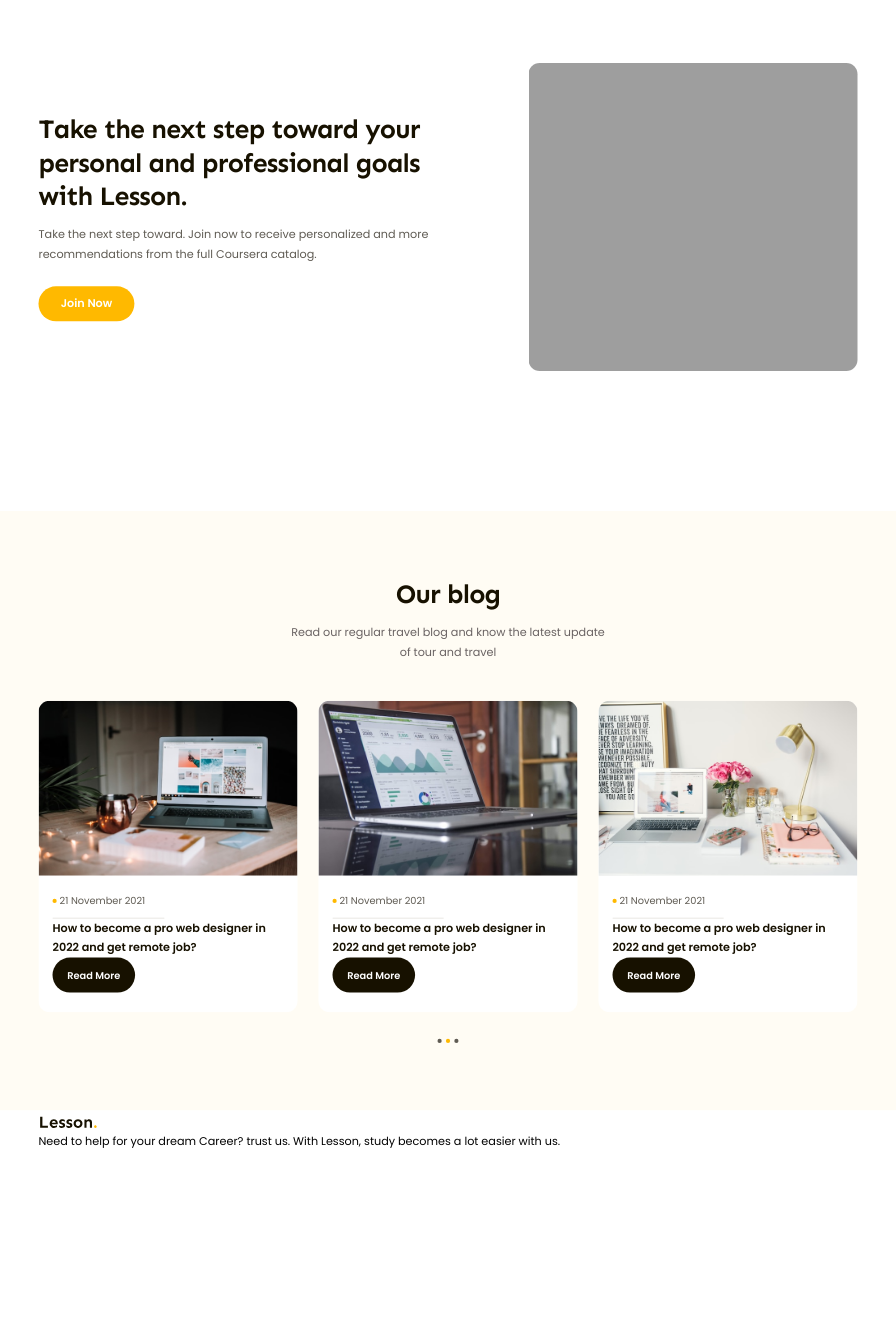
Repository: Tibi2003/f8-htmlcss-02
Page: index.html
An editor plug-in stored every save of this project. The page is shown before and after the next save, followed by the edit.
The browser window is 1280 px wide. The pictures show the part of the page from y = 3080 to 5000 px (the page is 5000 px tall), at 70% of full size.
Pictures or frames that could not be fetched are drawn as grey boxes. A picture or video elsewhere on the page could not be fetched, so the positions and the page height are approximate.

Above is the page before, as saved 2024-03-08 14:47:50.

### index.html
<!DOCTYPE html>
<html lang="en">
	<head>
		<meta charset="UTF-8" />
		<meta name="viewport" content="width=device-width, initial-scale=1.0" />
		<title>F8 Project 02</title>
		<!-- Reset CSS -->
		<link rel="stylesheet" href="./assets/css/reset.css" />
		<!-- Embed fonts -->
		<link rel="preconnect" href="https://fonts.googleapis.com" />
		<link rel="preconnect" href="https://fonts.gstatic.com" crossorigin />
		<link
			href="https://fonts.googleapis.com/css2?family=Poppins:ital,wght@0,100;0,200;0,300;0,400;0,500;0,600;0,700;0,800;0,900;1,100;1,200;1,300;1,400;1,500;1,600;1,700;1,800;1,900&family=Sen:wght@400..800&display=swap"
			rel="stylesheet" />
		<!-- Styles -->
		<link rel="stylesheet" href="./assets/css/styles.css" />
	</head>
	<body>
		<main style="height: 5000px">
			<!-- Header -->
			<header class="header fixed">
				<div class="main-content">
					<div class="body">
						<!-- Logo -->
						<img
							src="./assets/img/logo.svg"
							alt="Lesson."
							class="logo" />

						<!-- Nav -->
						<nav class="nav">
							<ul>
								<li class="active">
									<a href="#!">Home</a>
								</li>
								<li>
									<a href="#!">Courses</a>
								</li>
								<li>
									<a href="#!">Pricing</a>
								</li>
								<li>
									<a href="#!">Reviews</a>
								</li>
							</ul>
						</nav>

						<!-- Action -->
						<div class="action">
							<a href="#!" class="btn sign-up-btn">Sign Up</a>
						</div>
					</div>
				</div>
			</header>

			<!-- Hero -->
			<div class="hero">
				<div class="main-content">
					<div class="body">
						<!-- Hero left -->
						<div class="media-block">
							<img
								src="./assets/img/hero-img.jpg"
								alt="Learn without limits and spread knowledge."
								class="img" />

							<div class="hero-summary">
								<div class="item">
									<div class="icon">
										<img
											src="./assets/icons/list.svg"
											alt="" />
									</div>
									<div class="info">
										<p class="label">20 Courses</p>
										<p class="title">UI/UX Design</p>
									</div>
								</div>
								<div class="item">
									<div class="icon">
										<img
											src="./assets/icons/code.svg"
											alt="" />
									</div>
									<div class="info">
										<p class="label">20 Courses</p>
										<p class="title">Development</p>
									</div>
								</div>
								<div class="item">
									<div class="icon">
										<img
											src="./assets/icons/speaker.svg"
											alt="" />
									</div>
									<div class="info">
										<p class="label">30 Courses</p>
										<p class="title">Marketing</p>
									</div>
								</div>
							</div>
						</div>

						<!-- Hero right -->
						<div class="content-block">
							<h1 class="heading lv1">
								Learn without limits and spread knowledge.
							</h1>
							<p class="desc">
								Build new skills for that “this is my year”
								feeling with courses, certificates, and degrees
								from world-class universities and companies.
							</p>
							<div class="cta-group">
								<a href="#!" class="btn hero-cta">
									See Courses
								</a>
								<button class="watch-video">
									<div class="icon">
										<img
											src="./assets/icons/play.svg"
											alt="" />
									</div>
									<span>Watch Video</span>
								</button>
							</div>
							<p class="desc">Recent engagement</p>
							<p class="desc stats">
								<strong>50K</strong> Students
								<strong>70+</strong> Courses
							</p>
						</div>
					</div>
				</div>
			</div>

			<!-- Popular -->
			<div class="popular">
				<div class="main-content">
					<div class="popular-top">
						<div class="info">
							<h2 class="heading lv2">Our popular courses</h2>
							<p class="desc">
								Build new skills with new trendy courses and
								shine for the next future career.
							</p>
						</div>
						<div class="controls">
							<button class="control-btn">
								<svg
									width="8"
									height="14"
									viewBox="0 0 8 14"
									fill="none"
									xmlns="http://www.w3.org/2000/svg">
									<path
										d="M7 1L1 7L7 13"
										stroke="currentColor"
										stroke-linecap="round"
										stroke-linejoin="round" />
								</svg>
							</button>
							<button class="control-btn">
								<svg
									width="8"
									height="14"
									viewBox="0 0 8 14"
									fill="none"
									xmlns="http://www.w3.org/2000/svg">
									<path
										d="M1 1L7 7L1 13"
										stroke="currentColor"
										stroke-linecap="round"
										stroke-linejoin="round" />
								</svg>
							</button>
						</div>
					</div>

					<div class="course-list">
						<!-- Course item 1 -->
						<div class="course-item">
							<a href="#!">
								<img
									src="./assets/img/course-1.jpg"
									alt="Basic web design"
									class="thumb" />
							</a>
							<div class="info">
								<div class="head">
									<h3 class="title">
										<a
											href="#!"
											class="line-clamp break-all">
											Basic web design
										</a>
									</h3>
									<div class="rating">
										<img
											src="./assets/icons/star.svg"
											alt="Star"
											class="star" />
										<span class="value">4.5</span>
									</div>
								</div>
								<p class="desc line-clamp line-2 break-all">
									Get the best course, gain knowledge and
									shine for your future career.
								</p>
								<div class="foot">
									<span class="price">$120.75</span>
									<button class="btn book-btn">
										Book Now
									</button>
								</div>
							</div>
						</div>

						<!-- Course item 2 -->
						<div class="course-item">
							<a href="#!">
								<img
									src="./assets/img/course-2.jpg"
									alt="UI/UX design"
									class="thumb" />
							</a>
							<div class="info">
								<div class="head">
									<h3 class="title">
										<a
											href="#!"
											class="line-clamp break-all">
											UI/UX design
										</a>
									</h3>
									<div class="rating">
										<img
											src="./assets/icons/star.svg"
											alt="Star"
											class="star" />
										<span class="value">4.5</span>
									</div>
								</div>
								<p class="desc line-clamp line-2 break-all">
									Get the best course, gain knowledge and
									shine for your future career.
								</p>
								<div class="foot">
									<span class="price">$120.75</span>
									<button class="btn book-btn">
										Book Now
									</button>
								</div>
							</div>
						</div>

						<!-- Course item 3 -->
						<div class="course-item">
							<a href="#!">
								<img
									src="./assets/img/course-3.jpg"
									alt="Web App design"
									class="thumb" />
							</a>
							<div class="info">
								<div class="head">
									<h3 class="title">
										<a
											href="#!"
											class="line-clamp break-all">
											Web App design
										</a>
									</h3>
									<div class="rating">
										<img
											src="./assets/icons/star.svg"
											alt="Star"
											class="star" />
										<span class="value">4.5</span>
									</div>
								</div>
								<p class="desc line-clamp line-2 break-all">
									Get the best course, gain knowledge and
									shine for your future career.
								</p>
								<div class="foot">
									<span class="price">$120.75</span>
									<button class="btn book-btn">
										Book Now
									</button>
								</div>
							</div>
						</div>
					</div>
				</div>
			</div>

			<!-- Feedback -->
			<div class="feedback">
				<div class="main-content">
					<div class="feedback-list">
						<!-- Feedback item 1 -->
						<div class="feedback-item">
							<div class="info">
								<img
									src="./assets/img/feedback-avatar-1.jpg"
									alt="Peter Moor"
									class="avatar" />
								<p class="title">Peter Moor</p>
								<p class="desc">Student of Web Design</p>
								<div class="dots">
									<span class="dot active"></span>
									<span class="dot"></span>
									<span class="dot"></span>
								</div>
							</div>
							<div class="content">
								<img
									src="./assets/icons/open-quotes.svg"
									alt=""
									class="open-quotes" />
								<blockquote>
									Not only does my resume look
									impressive—filled with the names and logos
									of world-class institutions—but these
									certificates also bring me closer to my
									career goals by validating the skills I've
									learned."
								</blockquote>
							</div>
						</div>

						<!-- Feedback item 2 -->
						<div class="feedback-item">
							<div class="info">
								<img
									src="./assets/img/feedback-avatar-2.jpg"
									alt="Peter Moor"
									class="avatar" />
								<p class="title">Mary</p>
								<p class="desc">Student of UI/UX Design</p>
								<div class="dots">
									<span class="dot"></span>
									<span class="dot active"></span>
									<span class="dot"></span>
								</div>
							</div>
							<div class="content">
								<img
									src="./assets/icons/open-quotes.svg"
									alt=""
									class="open-quotes" />
								<blockquote>
									Not only does my resume look
									impressive—filled with the names and logos
									of world-class institutions—but these
									certificates also bring me closer to my
									career goals by validating the skills I've
									learned."
								</blockquote>
							</div>
						</div>

						<!-- Feedback item 3 -->
						<div class="feedback-item">
							<div class="info">
								<img
									src="./assets/img/feedback-avatar-3.jpg"
									alt="Peter Moor"
									class="avatar" />
								<p class="title">Vicky Hladynets</p>
								<p class="desc">Student of Web App Design</p>
								<div class="dots">
									<span class="dot"></span>
									<span class="dot"></span>
									<span class="dot active"></span>
								</div>
							</div>
							<div class="content">
								<img
									src="./assets/icons/open-quotes.svg"
									alt=""
									class="open-quotes" />
								<blockquote>
									Not only does my resume look
									impressive—filled with the names and logos
									of world-class institutions—but these
									certificates also bring me closer to my
									career goals by validating the skills I've
									learned."
								</blockquote>
							</div>
						</div>
					</div>
				</div>
			</div>

			<!-- Features 1 -->
			<div class="features">
				<div class="main-content">
					<div class="body">
						<div class="images">
							<img
								src="./assets/img/feature-1.jpg"
								alt="Learner outcomes through our awesome platform"
								class="lower" />
							<img
								src="./assets/img/feature-2.jpg"
								alt="Learner outcomes through our awesome platform" />
						</div>
						<div class="content">
							<h2 class="heading lv2">
								Learner outcomes through our awesome platform
							</h2>
							<p class="desc">
								87% of people learning for professional
								development report career benefits like getting
								a promotion, a raise, or starting a new career.
							</p>
							<p class="desc">Lesson Impact Report (2022)</p>
							<a href="#!" class="btn cta-btn">Sign Up</a>
						</div>
					</div>
				</div>
			</div>

			<!-- Features 2 -->
			<div class="features features-2nd">
				<div class="main-content">
					<div class="body">
						<div class="images">
							<img
								src="./assets/img/feature-3.jpg"
								alt="Take the next step toward your personal and professional goals with Lesson." />
						</div>
						<div class="content">
							<h2 class="heading lv2">
								Take the next step toward your personal and
								professional goals with Lesson.
							</h2>
							<p class="desc">
								Take the next step toward. Join now to receive
								personalized and more recommendations from the
								full Coursera catalog.
							</p>
							<a href="#!" class="btn cta-btn">Join Now</a>
						</div>
					</div>
				</div>
			</div>

			<!-- Blog -->
			<div class="blog">
				<div class="main-content">
					<div class="blog-top">
						<h2 class="heading lv2">Our blog</h2>
						<p class="desc">
							Read our regular travel blog and know the latest
							update of tour and travel
						</p>
					</div>
					<div class="blog-list">
						<!-- Blog item 1 -->
						<div class="item">
							<a href="#!">
								<img
									src="./assets/img/blog-1.jpg"
									alt="How to become a pro web designer in 2022 and
								get remote job?"
									class="thumb" />
							</a>
							<div class="info">
								<span class="date">21 November 2021</span>
								<h3 class="title">
									<a href="#!">
										How to become a pro web designer in 2022
										and get remote job?
									</a>
								</h3>
								<a href="#!" class="btn">Read More</a>
							</div>
						</div>

						<!-- Blog item 2 -->
						<div class="item">
							<a href="#!">
								<img
									src="./assets/img/blog-2.jpg"
									alt="How to become a pro web designer in 2022 and
								get remote job?"
									class="thumb" />
							</a>
							<div class="info">
								<span class="date">21 November 2021</span>
								<h3 class="title">
									<a href="#!">
										How to become a pro web designer in 2022
										and get remote job?
									</a>
								</h3>
								<a href="#!" class="btn">Read More</a>
							</div>
						</div>

						<!-- Blog item 3 -->
						<div class="item">
							<a href="#!">
								<img
									src="./assets/img/blog-3.jpg"
									alt="How to become a pro web designer in 2022 and
								get remote job?"
									class="thumb" />
							</a>
							<div class="info">
								<span class="date">21 November 2021</span>
								<h3 class="title">
									<a href="#!">
										How to become a pro web designer in 2022
										and get remote job?
									</a>
								</h3>
								<a href="#!" class="btn">Read More</a>
							</div>
						</div>

						<!-- Blog item 4 -->
						<div class="item">
							<a href="#!">
								<img
									src="./assets/img/blog-1.jpg"
									alt="How to become a pro web designer in 2022 and
								get remote job?"
									class="thumb" />
							</a>
							<div class="info">
								<span class="date">21 November 2021</span>
								<h3 class="title">
									<a href="#!">
										How to become a pro web designer in 2022
										and get remote job?
									</a>
								</h3>
								<a href="#!" class="btn">Read More</a>
							</div>
						</div>

						<!-- Blog item 5 -->
						<div class="item">
							<a href="#!">
								<img
									src="./assets/img/blog-2.jpg"
									alt="How to become a pro web designer in 2022 and
								get remote job?"
									class="thumb" />
							</a>
							<div class="info">
								<span class="date">21 November 2021</span>
								<h3 class="title">
									<a href="#!">
										How to become a pro web designer in 2022
										and get remote job?
									</a>
								</h3>
								<a href="#!" class="btn">Read More</a>
							</div>
						</div>

						<!-- Blog item 6 -->
						<div class="item">
							<a href="#!">
								<img
									src="./assets/img/blog-3.jpg"
									alt="How to become a pro web designer in 2022 and
								get remote job?"
									class="thumb" />
							</a>
							<div class="info">
								<span class="date">21 November 2021</span>
								<h3 class="title">
									<a href="#!">
										How to become a pro web designer in 2022
										and get remote job?
									</a>
								</h3>
								<a href="#!" class="btn">Read More</a>
							</div>
						</div>

						<!-- Blog item 7 -->
						<div class="item">
							<a href="#!">
								<img
									src="./assets/img/blog-1.jpg"
									alt="How to become a pro web designer in 2022 and
								get remote job?"
									class="thumb" />
							</a>
							<div class="info">
								<span class="date">21 November 2021</span>
								<h3 class="title">
									<a href="#!">
										How to become a pro web designer in 2022
										and get remote job?
									</a>
								</h3>
								<a href="#!" class="btn">Read More</a>
							</div>
						</div>

						<!-- Blog item 8 -->
						<div class="item">
							<a href="#!">
								<img
									src="./assets/img/blog-2.jpg"
									alt="How to become a pro web designer in 2022 and
								get remote job?"
									class="thumb" />
							</a>
							<div class="info">
								<span class="date">21 November 2021</span>
								<h3 class="title">
									<a href="#!">
										How to become a pro web designer in 2022
										and get remote job?
									</a>
								</h3>
								<a href="#!" class="btn">Read More</a>
							</div>
						</div>

						<!-- Blog item 9 -->
						<div class="item">
							<a href="#!">
								<img
									src="./assets/img/blog-3.jpg"
									alt="How to become a pro web designer in 2022 and
								get remote job?"
									class="thumb" />
							</a>
							<div class="info">
								<span class="date">21 November 2021</span>
								<h3 class="title">
									<a href="#!">
										How to become a pro web designer in 2022
										and get remote job?
									</a>
								</h3>
								<a href="#!" class="btn">Read More</a>
							</div>
						</div>
					</div>
					<div class="dots">
						<span class="dot"></span>
						<span class="dot active"></span>
						<span class="dot"></span>
					</div>
				</div>
			</div>

			<!-- Footer -->
			<footer class="footer">
				<div class="main-content">
					<div class="row">
						<!-- Column 1 -->
						<div class="column">
							<img
								src="./assets/img/logo.svg"
								alt="Lesson."
								class="logo" />
							<p class="desc">
								Need to help for your dream Career? trust us.
								With Lesson, study becomes a lot easier with us.
							</p>
							<div class="socials">
								<a href="#!">
									<img
										src="./assets/icons/twitter.svg"
										alt="Twitter"
										class="icon" />
								</a>
								<a href="#!">
									<img
										src="./assets/icons/facebook.svg"
										alt="Facebook"
										class="icon" />
								</a>
								<a href="#!">
									<img
										src="./assets/icons/linkedin.svg"
										alt="Linkedin"
										class="icon" />
								</a>
								<a href="#!">
									<img
										src="./assets/icons/instagram.svg"
										alt="Instagram"
										class="icon" />
								</a>
							</div>
						</div>

						<!-- Column 2 -->
						<div class="column">
							<h3 class="heading lv3"></h3>
							<ul class="list">
								<li>
									<a href="#!"></a>
								</li>
								<li>
									<a href="#!"></a>
								</li>
								<li>
									<a href="#!"></a>
								</li>
								<li>
									<a href="#!"></a>
								</li>
							</ul>
						</div>

						<!-- Column 3 -->
						<div class="column">
							<h3 class="heading lv3"></h3>
							<ul class="list">
								<li>
									<a href="#!"></a>
								</li>
								<li>
									<a href="#!"></a>
								</li>
								<li>
									<a href="#!"></a>
								</li>
								<li>
									<a href="#!"></a>
								</li>
							</ul>
						</div>

						<!-- Column 4 -->
						<div class="column">
							<h3 class="heading lv3"></h3>
							<ul class="list">
								<li>
									<a href="#!"></a>
								</li>
								<li>
									<a href="#!"></a>
								</li>
								<li>
									<a href="#!"></a>
								</li>
								<li>
									<a href="#!"></a>
								</li>
							</ul>
						</div>
					</div>
				</div>
			</footer>
		</main>
	</body>
</html>

Loaded but not shown: assets/css/reset.css (common file); assets/css/styles.css (662 lines, source omitted)

After the next save:
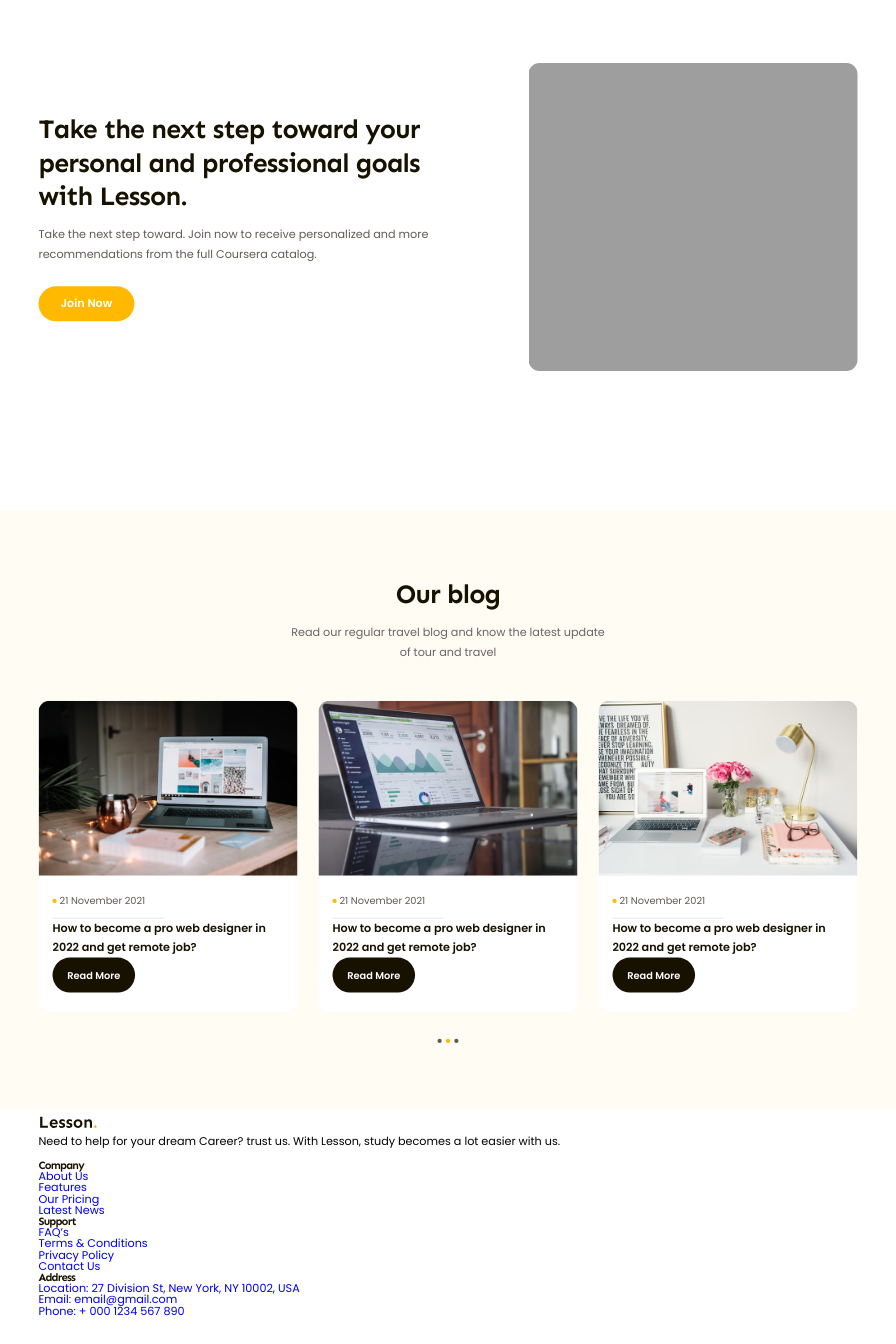
Saved 3 min 13 s later.
--- a/index.html
+++ b/index.html
@@ -701,57 +701,57 @@
 
 						<!-- Column 2 -->
 						<div class="column">
-							<h3 class="heading lv3"></h3>
+							<h3 class="heading lv3">Company</h3>
 							<ul class="list">
 								<li>
-									<a href="#!"></a>
-								</li>
-								<li>
-									<a href="#!"></a>
-								</li>
-								<li>
-									<a href="#!"></a>
-								</li>
-								<li>
-									<a href="#!"></a>
+									<a href="#!">About Us</a>
+								</li>
+								<li>
+									<a href="#!">Features</a>
+								</li>
+								<li>
+									<a href="#!">Our Pricing</a>
+								</li>
+								<li>
+									<a href="#!">Latest News</a>
 								</li>
 							</ul>
 						</div>
 
 						<!-- Column 3 -->
 						<div class="column">
-							<h3 class="heading lv3"></h3>
+							<h3 class="heading lv3">Support</h3>
 							<ul class="list">
 								<li>
-									<a href="#!"></a>
-								</li>
-								<li>
-									<a href="#!"></a>
-								</li>
-								<li>
-									<a href="#!"></a>
-								</li>
-								<li>
-									<a href="#!"></a>
+									<a href="#!">FAQ’s</a>
+								</li>
+								<li>
+									<a href="#!">Terms & Conditions</a>
+								</li>
+								<li>
+									<a href="#!">Privacy Policy</a>
+								</li>
+								<li>
+									<a href="#!">Contact Us</a>
 								</li>
 							</ul>
 						</div>
 
 						<!-- Column 4 -->
 						<div class="column">
-							<h3 class="heading lv3"></h3>
+							<h3 class="heading lv3">Address</h3>
 							<ul class="list">
 								<li>
-									<a href="#!"></a>
-								</li>
-								<li>
-									<a href="#!"></a>
-								</li>
-								<li>
-									<a href="#!"></a>
-								</li>
-								<li>
-									<a href="#!"></a>
+									<a href="#!"
+										>Location: 27 Division St, New York, NY
+										10002, USA</a
+									>
+								</li>
+								<li>
+									<a href="#!">Email: email@gmail.com</a>
+								</li>
+								<li>
+									<a href="#!">Phone: + 000 1234 567 890</a>
 								</li>
 							</ul>
 						</div>
